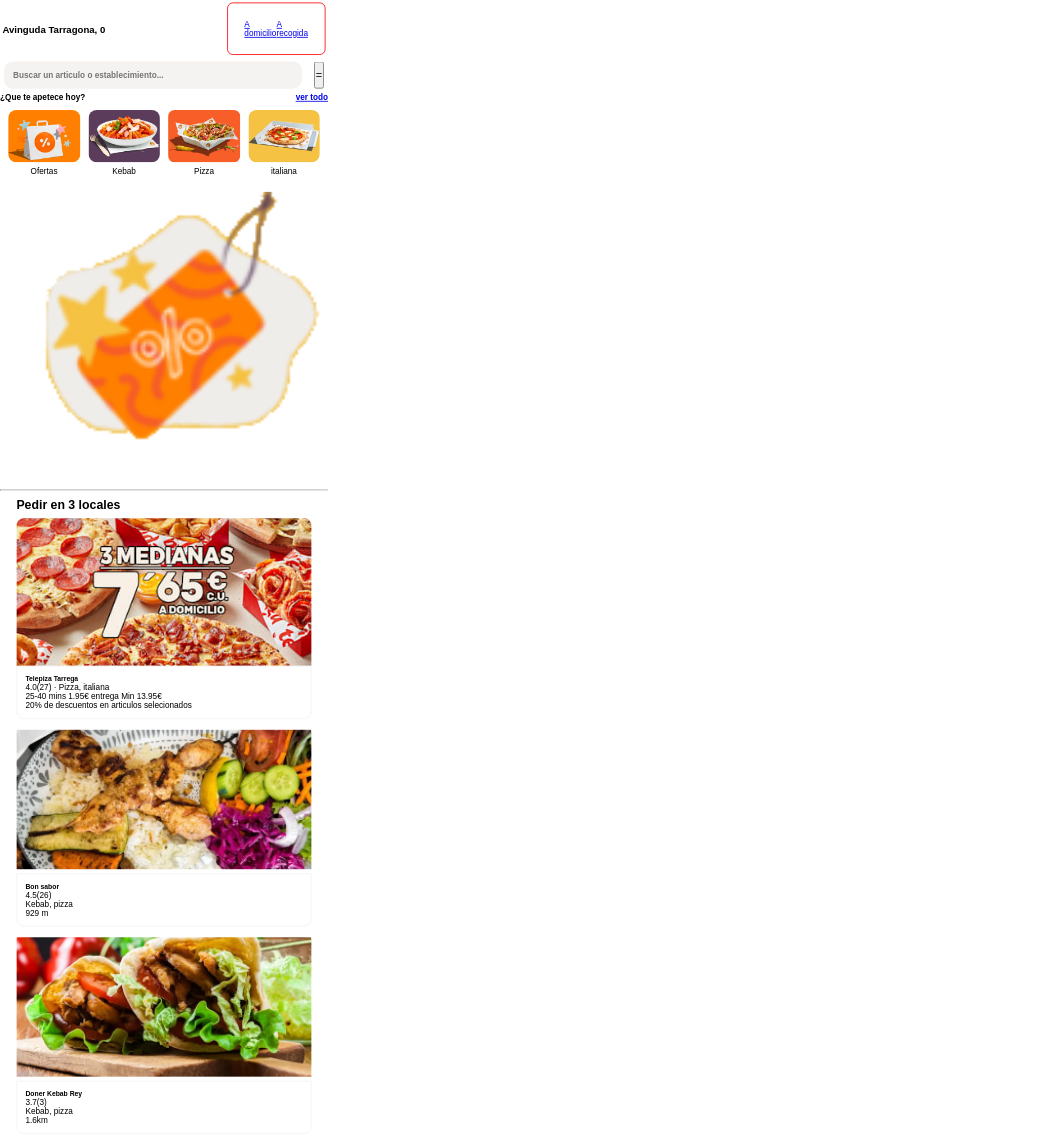
Repository: Srpinedaa/justEat
Page: index.html
The author's editor kept a copy of each file at every save. The page is drawn from the files as they stood at one save, then again after the next save.
The browser window is 1280 px wide. The pictures show the whole page, at 82% of full size.

Above is the page before, as saved 2024-10-03 15:33:43.

After the next save:
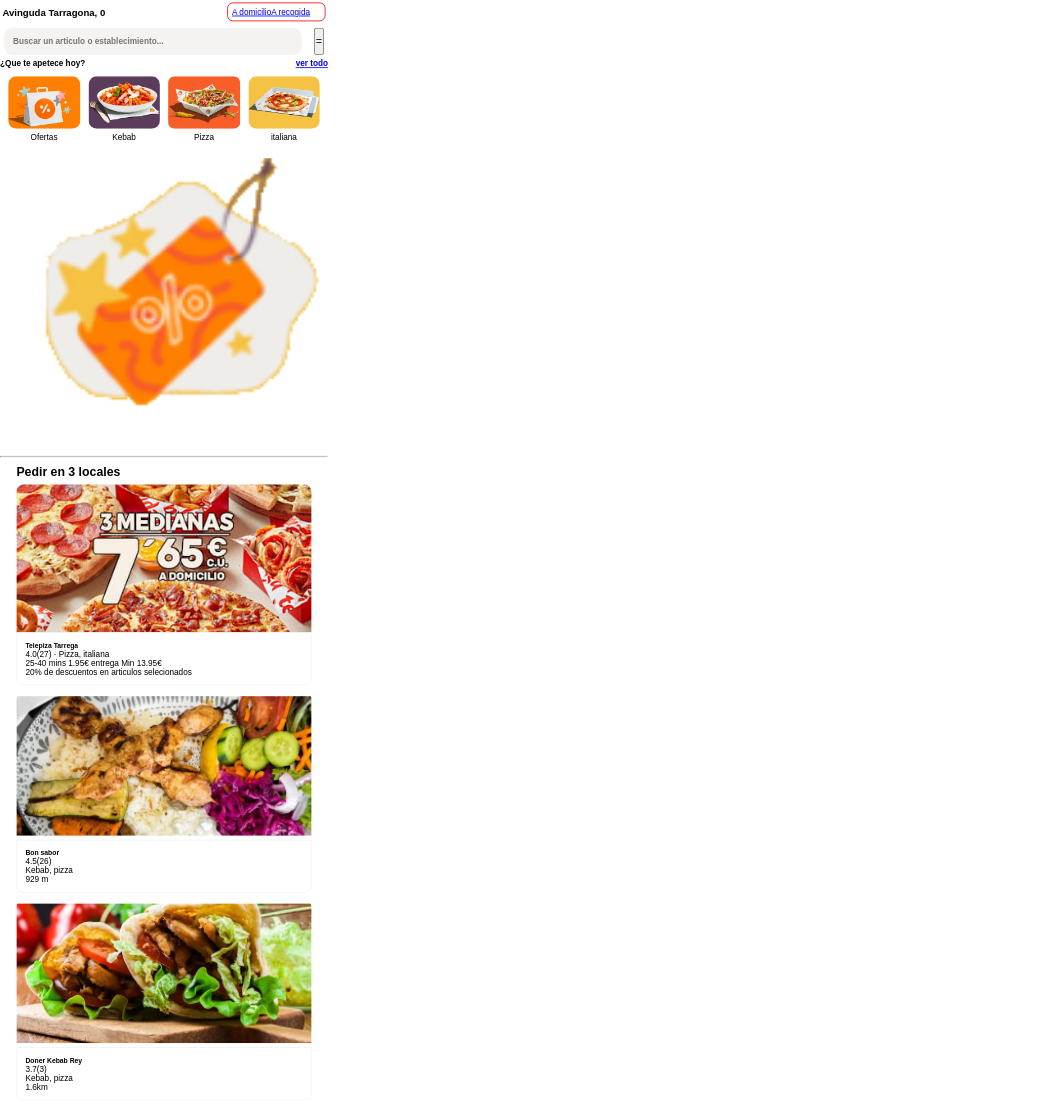
Saved 13 s later.
--- a/css/estilos.css
+++ b/css/estilos.css
@@ -70,7 +70,7 @@
     padding: 5px;
     display: flex;
     width: 12rem;
-    padding: 2rem;
+    padding: 5px;
 
 }
 
